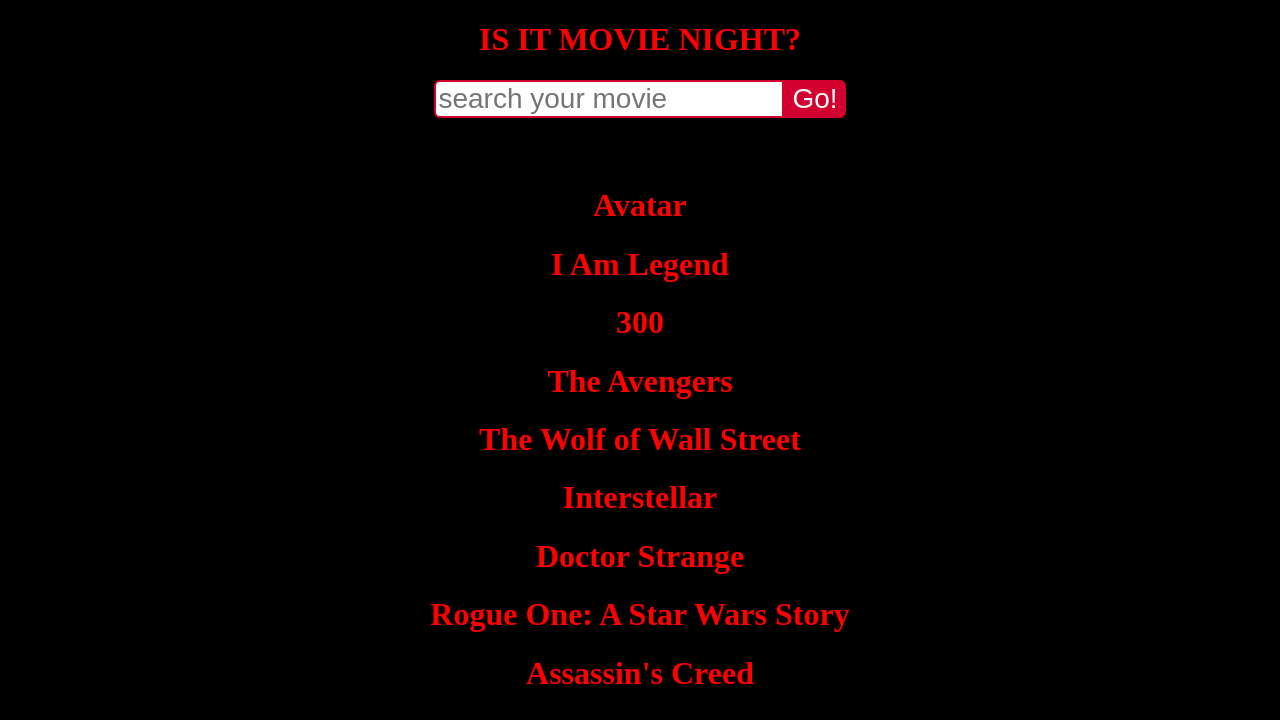
Repository: runner855/movies-app
Page: /
The author's editor kept a copy of each file at every save. The page is drawn from the files as they stood at one save, then again after a run of saves.
The browser window is 1280 px wide. The pictures show the whole page.
The project was rebuilt for these pictures with package versions that can differ from the ones it lists, and the page was loaded fresh each time.

Above is the page before, as saved 2021-06-16 19:19:03.

After the next 2 saves:
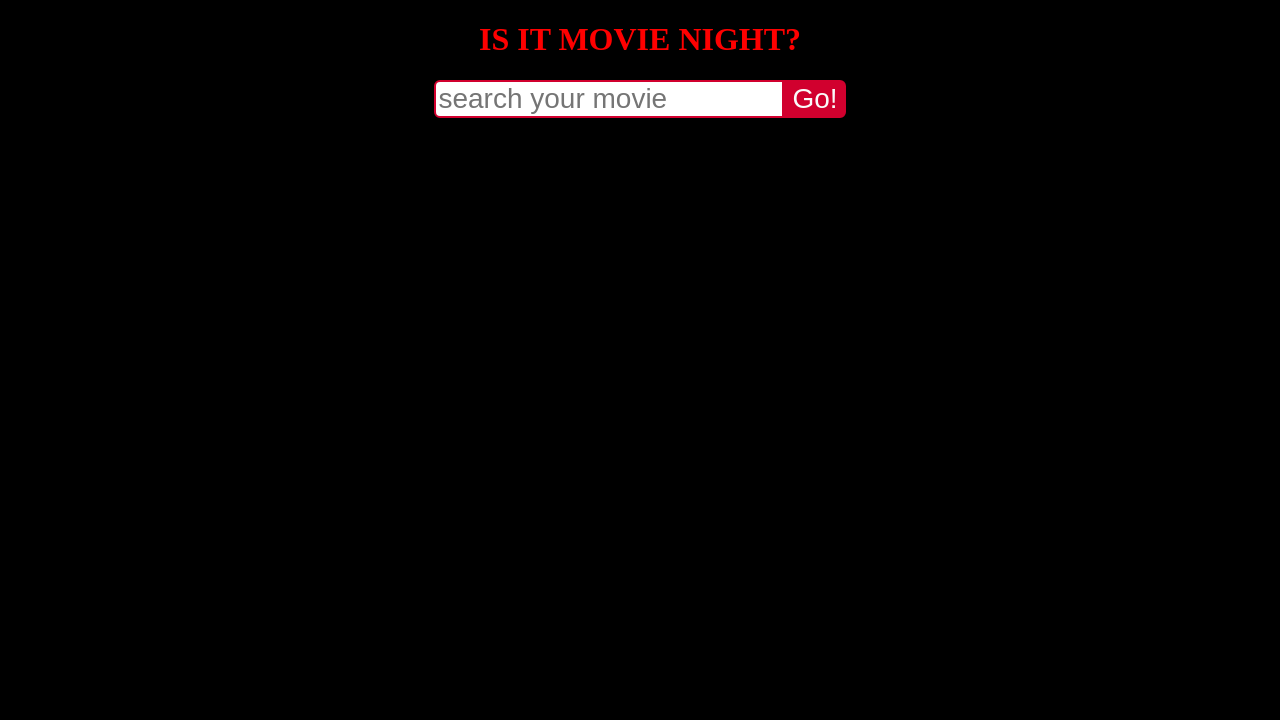
The 2 saves are shown as one change because 1 did not build or start.
The last was saved 5 min 40 s later.
--- a/src/components/Movies.js
+++ b/src/components/Movies.js
@@ -2,16 +2,14 @@
 import "../styles/Movies.css";
 import data from "../data/data.json";
 
-const Movies = () => {
+const Movies = (props) => {
   return (
     <>
-      <div>
-        <h2>is it working?</h2>
-        {data.map((movieDetail, index) => {
-          return <h1>{movieDetail.Title}</h1>;
-          return <img src={movieDetail.Poster} alt="poster"></img>;
-        })}
-      </div>
+      {data.map((movieDetails, index) => {
+        <div className="image-container d-flex justify-content-start m-3">
+          <img src={movieDetails.Poster} alt="movie"></img>
+        </div>;
+      })}
     </>
   );
 };
